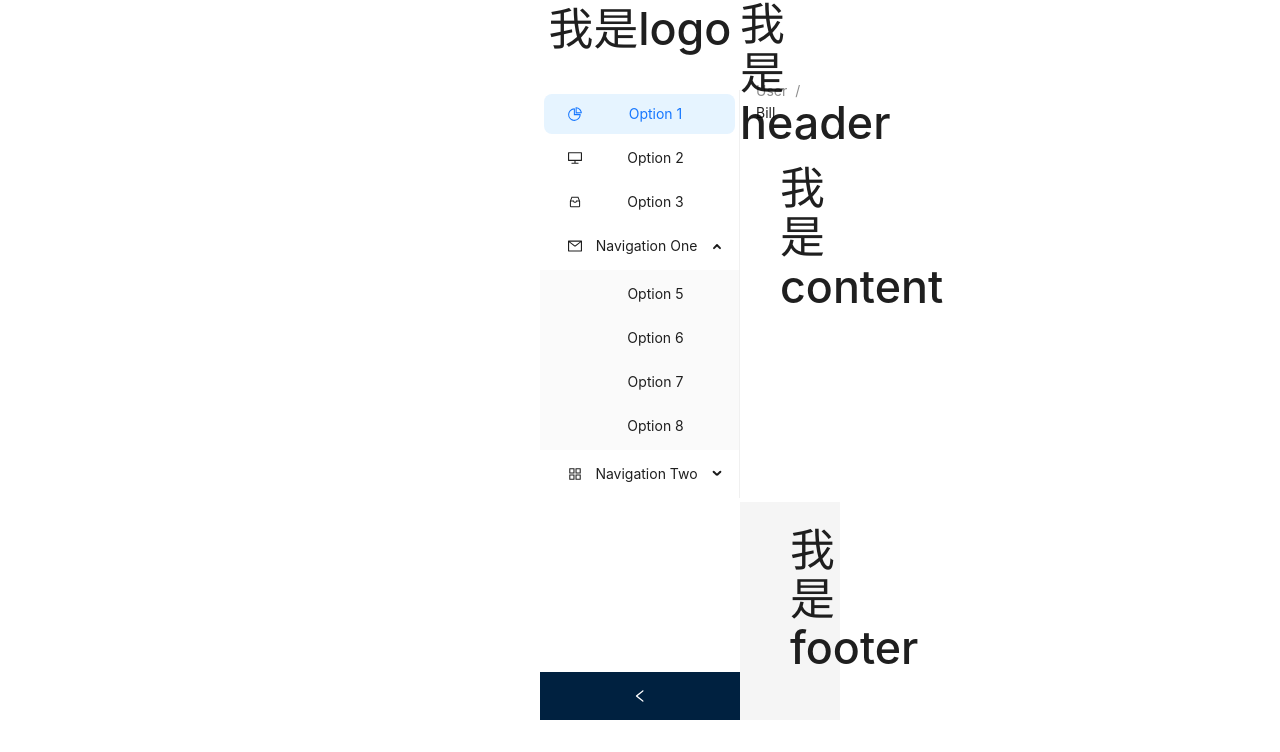
Repository: chenyl8848/chen-tool-collection
Page: /
An editor plug-in stored every save of this project. The page is shown before and after the next save, followed by the edit.
The browser window is 1280 px wide. The pictures show the whole page.
The project was rebuilt for these pictures with package versions that can differ from the ones it lists, and the page was loaded fresh each time. Also part of the build but not shown: vite.config.ts, src/components/HelloWorld.vue.

Above is the page before, as saved 2024-01-09 11:00:31.

### src/main.ts
import { createApp } from 'vue'
import './style.css'

// import Antd from 'ant-design-vue';
import 'ant-design-vue/dist/reset.css';

import App from './App.vue'

const app = createApp(App)

// app.use(Antd)

app.mount('#app')

### src/App.vue
<script setup lang="ts">
import Layout from '@/layout/index.vue';
</script>

<template>
  <div>
    <Layout></Layout>
  </div>
</template>

<style scoped>
</style>

### src/layout/index.vue
<script lang="ts" setup>
import Logo from '@/layout/siderbar/logo/index.vue'
import Menu from '@/layout/siderbar/menu/index.vue'
import Header from '@/layout/header/index.vue'
import Footer from '@/layout/footer/index.vue'
import Content from '@/layout/content/index.vue'
</script>

<template>
    <a-layout class="layout">
        <a-layout-sider v-model:collapsed="collapsed" collapsible class="layout-siderbar">
            <div class="logo">
                <Logo></Logo>
            </div>
            <div class="menu">
                <Menu></Menu>
            </div>
        </a-layout-sider>
        <a-layout>
            <a-layout-header style="background: #fff; padding: 0">
                <Header></Header>
            </a-layout-header>
            <a-layout-content style="margin: 0 16px">
                <a-breadcrumb style="margin: 16px 0">
                    <a-breadcrumb-item>User</a-breadcrumb-item>
                    <a-breadcrumb-item>Bill</a-breadcrumb-item>
                </a-breadcrumb>
                <div :style="{ padding: '24px', background: '#fff', minHeight: '360px' }">
                    <Content></Content>
                </div>
            </a-layout-content>
            <a-layout-footer style="text-align: center">
                <Footer></Footer>
            </a-layout-footer>
        </a-layout>
    </a-layout>
</template>

<style scoped>
.layout {
    min-height: 100vh;

}
.layout-siderbar {
    background-color: white;

}
.logo {
    padding: 5px;
    height: 90px;
}
</style>

### src/layout/siderbar/logo/index.vue
<script lang="ts" setup>

</script>

<template>
  <div>
    <h1>我是logo</h1>
  </div>
</template>

### src/layout/siderbar/menu/index.vue
<template>
    <div>
      <a-menu
        v-model:openKeys="state.openKeys"
        v-model:selectedKeys="state.selectedKeys"
        mode="inline"
        :inline-collapsed="state.collapsed"
        :items="items"
      ></a-menu>
    </div>
  </template>
  <script lang="ts" setup>
  import { reactive, watch, h } from 'vue';
  import {
    MenuFoldOutlined,
    MenuUnfoldOutlined,
    PieChartOutlined,
    MailOutlined,
    DesktopOutlined,
    InboxOutlined,
    AppstoreOutlined,
  } from '@ant-design/icons-vue';
  const state = reactive({
    collapsed: false,
    selectedKeys: ['1'],
    openKeys: ['sub1'],
    preOpenKeys: ['sub1'],
  });
  const items = reactive([
    {
      key: '1',
      icon: () => h(PieChartOutlined),
      label: 'Option 1',
      title: 'Option 1',
    },
    {
      key: '2',
      icon: () => h(DesktopOutlined),
      label: 'Option 2',
      title: 'Option 2',
    },
    {
      key: '3',
      icon: () => h(InboxOutlined),
      label: 'Option 3',
      title: 'Option 3',
    },
    {
      key: 'sub1',
      icon: () => h(MailOutlined),
      label: 'Navigation One',
      title: 'Navigation One',
      children: [
        {
          key: '5',
          label: 'Option 5',
          title: 'Option 5',
        },
        {
          key: '6',
          label: 'Option 6',
          title: 'Option 6',
        },
        {
          key: '7',
          label: 'Option 7',
          title: 'Option 7',
        },
        {
          key: '8',
          label: 'Option 8',
          title: 'Option 8',
        },
      ],
    },
    {
      key: 'sub2',
      icon: () => h(AppstoreOutlined),
      label: 'Navigation Two',
      title: 'Navigation Two',
      children: [
        {
          key: '9',
          label: 'Option 9',
          title: 'Option 9',
        },
        {
          key: '10',
          label: 'Option 10',
          title: 'Option 10',
        },
        {
          key: 'sub3',
          label: 'Submenu',
          title: 'Submenu',
          children: [
            {
              key: '11',
              label: 'Option 11',
              title: 'Option 11',
            },
            {
              key: '12',
              label: 'Option 12',
              title: 'Option 12',
            },
          ],
        },
      ],
    },
  ]);
  watch(
    () => state.openKeys,
    (_val, oldVal) => {
      state.preOpenKeys = oldVal;
    },
  );
  const toggleCollapsed = () => {
    state.collapsed = !state.collapsed;
    state.openKeys = state.collapsed ? [] : state.preOpenKeys;
  };
  </script>

### src/layout/header/index.vue
<script lang="ts" setup>

</script>

<template>
  <div>
    <h1>我是header</h1>
  </div>
</template>

### src/layout/footer/index.vue
<script lang="ts" setup>

</script>

<template>
  <div>
    <h1>我是footer</h1>
  </div>
</template>

### src/layout/content/index.vue
<script lang="ts" setup>

</script>

<template>
  <div>
    <h1>我是content</h1>
  </div>
</template>

Loaded but not shown: index.html (common file); src/style.css (common file)

After the next save:
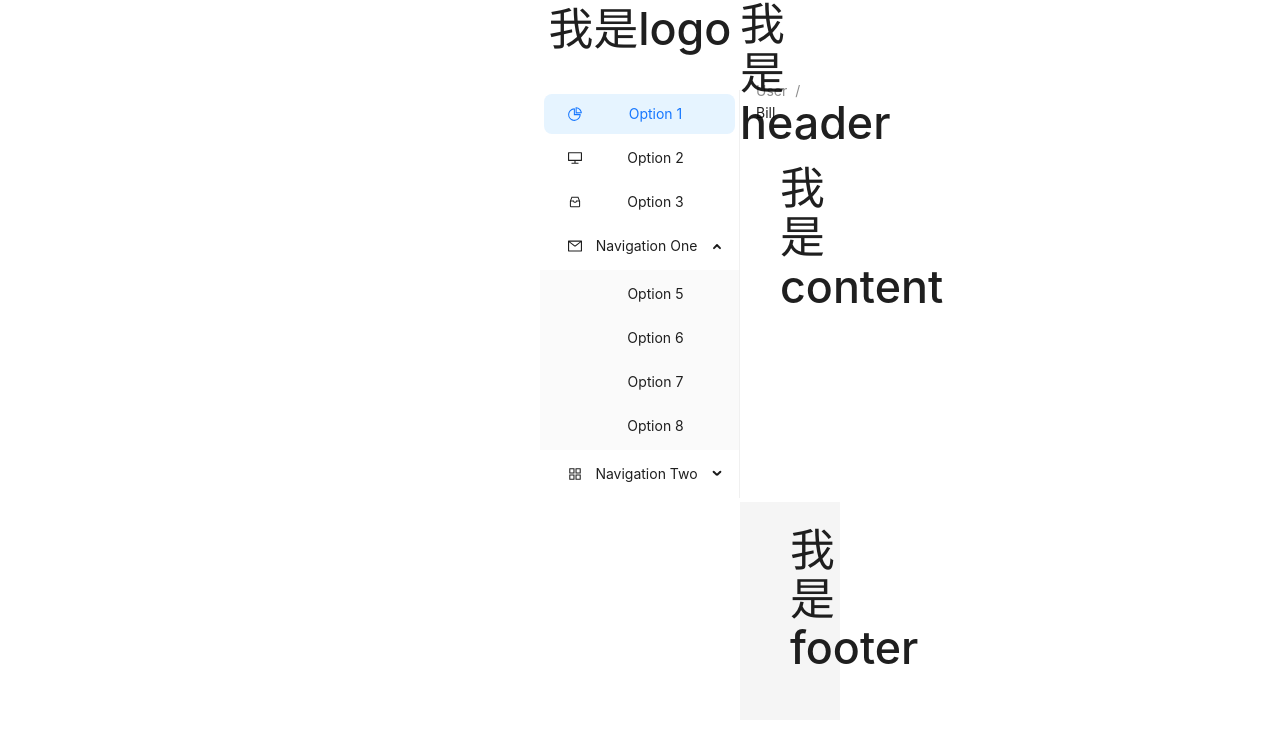
Saved 20 s later.
--- a/src/layout/index.vue
+++ b/src/layout/index.vue
@@ -8,7 +8,7 @@
 
 <template>
     <a-layout class="layout">
-        <a-layout-sider v-model:collapsed="collapsed" collapsible class="layout-siderbar">
+        <a-layout-sider v-model:collapsed="collapsed" class="layout-siderbar">
             <div class="logo">
                 <Logo></Logo>
             </div>

After the save that followed:
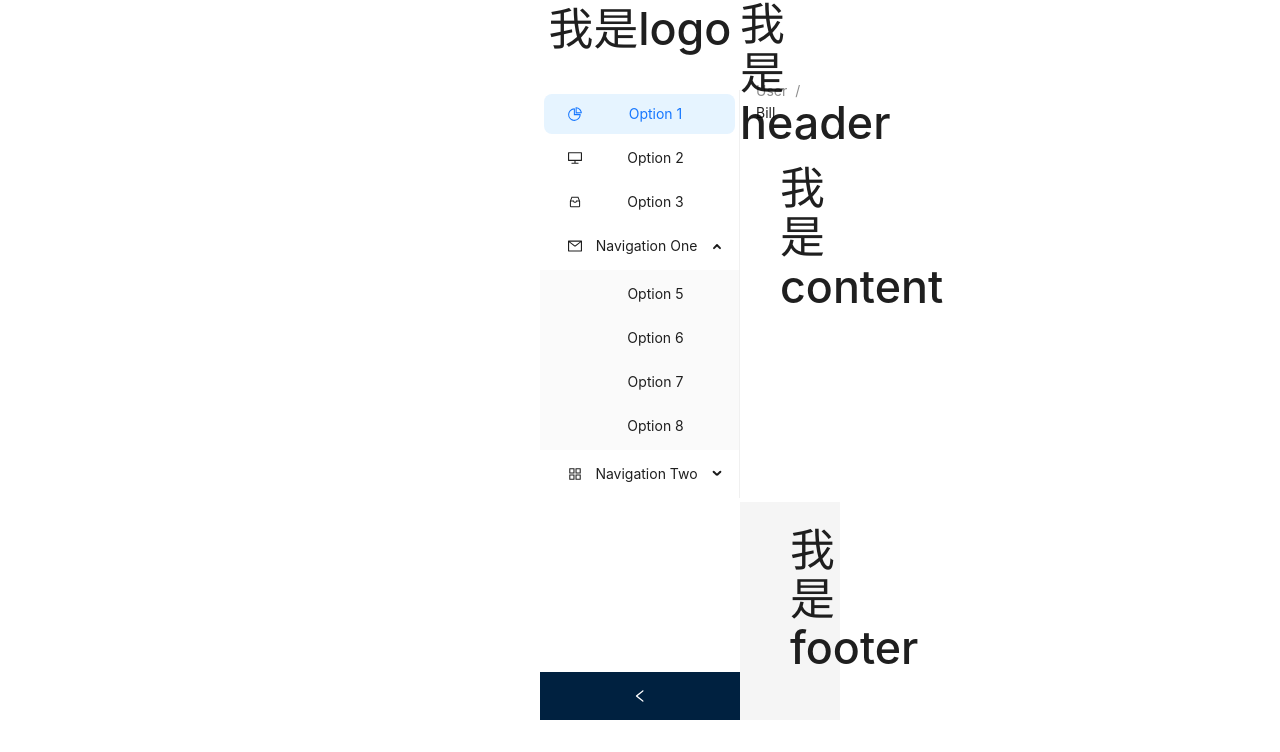
Saved 6 s later.
--- a/src/layout/index.vue
+++ b/src/layout/index.vue
@@ -8,7 +8,7 @@
 
 <template>
     <a-layout class="layout">
-        <a-layout-sider v-model:collapsed="collapsed" class="layout-siderbar">
+        <a-layout-sider v-model:collapsed="collapsed" collapsible class="layout-siderbar">
             <div class="logo">
                 <Logo></Logo>
             </div>
